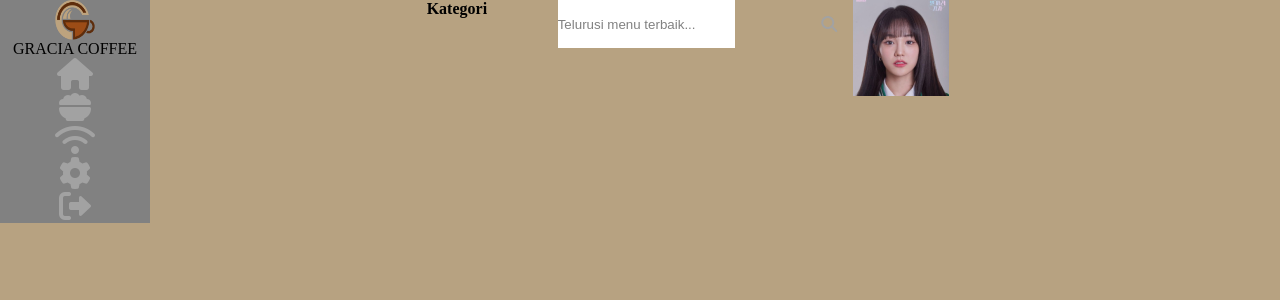
Repository: DanielChuaaa/sbd2
Page: index.html
The author's editor kept a copy of each file at every save. The page is drawn from the files as they stood at one save, then again after the next save.
The browser window is 1280 px wide. The pictures show the whole page.
Some web libraries are served in a nearby version.

Above is the page before, as saved 2023-10-20 10:15:39.

### index.html
<!DOCTYPE html>
<html lang="en">
<head>
    <meta charset="UTF-8">
    <meta name="viewport" content="width=device-width, initial-scale=1.0">
    <title>Document</title>
    <link href="https://fonts.googleapis.com/css2?family=Roboto+Mono:wght@400;600;700&display=swap" rel="stylesheet" />
    <link
      rel="stylesheet"
      href="https://cdnjs.cloudflare.com/ajax/libs/font-awesome/6.1.2/css/all.min.css"
      integrity="sha512-1sCRPdkRXhBV2PBLUdRb4tMg1w2YPf37qatUFeS7zlBy7jJI8Lf4VHwWfZZfpXtYSLy85pkm9GaYVYMfw5BC1A=="
      crossorigin="anonymous"
      referrerpolicy="no-referrer"
    />
    <link rel="stylesheet" href="style.css">
</head>
<body>
    <div class="container">
        <div class="grid-wrapper">
            <div class="icon">
                <img src="/assets/logo projek SBD 1.png" width="40px" height="40px" alt="logo">
                <p>GRACIA COFFEE</p>
                <a href="#"><i class="fa-solid fa-house fa-2xl"></i></a>
                <a href="#"><i class="fa-solid fa-bowl-food fa-2xl"></i></a>
                <a href="#"><i class="fa-solid fa-wifi fa-2xl"></i></a>
                <a href="#"><i class="fa-solid fa-gear fa-2xl"></i></a>
                <a href="#"><i class="fa-solid fa-right-from-bracket fa-2xl"></i></a>
            </div>

            <div class="content">
                <div class="nav">
                    <h4>Kategori</h4>
                    <input type="text" name="text" id="text" placeholder="Telurusi menu terbaik...">
                    <i class="fa-solid fa-magnifying-glass"></i>
                </div>

                <div class="menu"></div>
            </div>

            <div class="order">
                <img src="/assets/g_8___8_idola_cantik_berbakat_alumni_sm_entertainment_yang_sudah_debut_di_girlgroup_agensi_lain_p_eks_sm_trainee-20220408-001-non_fotografer_kly 1.png" alt="">
            </div>
        </div>
    </div>
</body>
</html>

### style.css
:root{
    --clr-primary-100: #B7A281;

    --clr-neutral-100: #A2A2A2;
    --clr-neutral-200: #D9D9D9;
    --clr-neutral-300: #F8F8F8;
    --clr-neutral-400: #818181;
    --clr-neutral-500:  #f1f1f1;

    --ff: "Roboto Mono", monospace;

    --fw-regular: 400;
    --fw-semi-bold: 600;
    --fw-bold: 700;
}

*{
    box-sizing: border-box;
    margin: 0;
    padding: 0;
}

body{
    background-color: #B7A281;
}

.grid-wrapper{
    display: grid;
    grid-template-columns: 1fr 1fr 1fr;
}

.icon{
    background: var(--clr-neutral-400);

    display: flex;
    flex-direction: column;
    justify-content: space-evenly;
    align-items: center;
    max-width: 150px;
}

.fa-solid{
    color: var(--clr-neutral-100);
    padding: 1rem;
}

.nav{
    display: flex;
    justify-content: space-between;
}

input{
    border: none;
}

::placeholder{
    color: var(--clr-neutral-400);
}

After the next save:
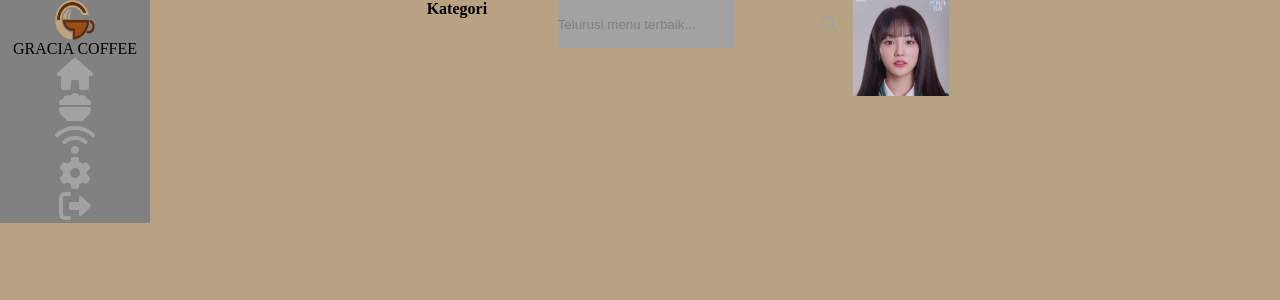
Saved 11 s later.
--- a/style.css
+++ b/style.css
@@ -51,6 +51,7 @@
 
 input{
     border: none;
+    background-color: var(--clr-neutral-100);
 }
 
 ::placeholder{

After the 3 saves that followed:
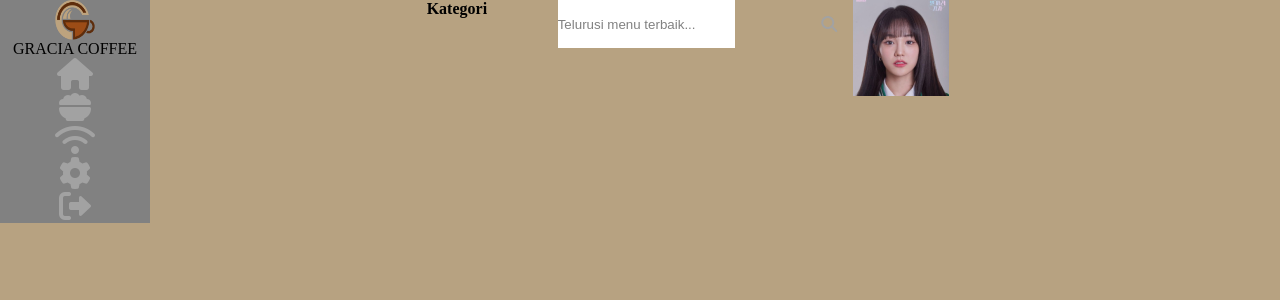
The 3 saves are shown as one change because 2 left the picture as it was.
The last was saved 42 s later.
--- a/index.html
+++ b/index.html
@@ -30,7 +30,7 @@
             <div class="content">
                 <div class="nav">
                     <h4>Kategori</h4>
-                    <input type="text" name="text" id="text" placeholder="Telurusi menu terbaik...">
+                    <input type="text" name="text" id="text" class="input" placeholder="Telurusi menu terbaik...">
                     <i class="fa-solid fa-magnifying-glass"></i>
                 </div>
 
--- a/style.css
+++ b/style.css
@@ -49,9 +49,9 @@
     justify-content: space-between;
 }
 
-input{
+.input{
     border: none;
-    background-color: var(--clr-neutral-100);
+
 }
 
 ::placeholder{
